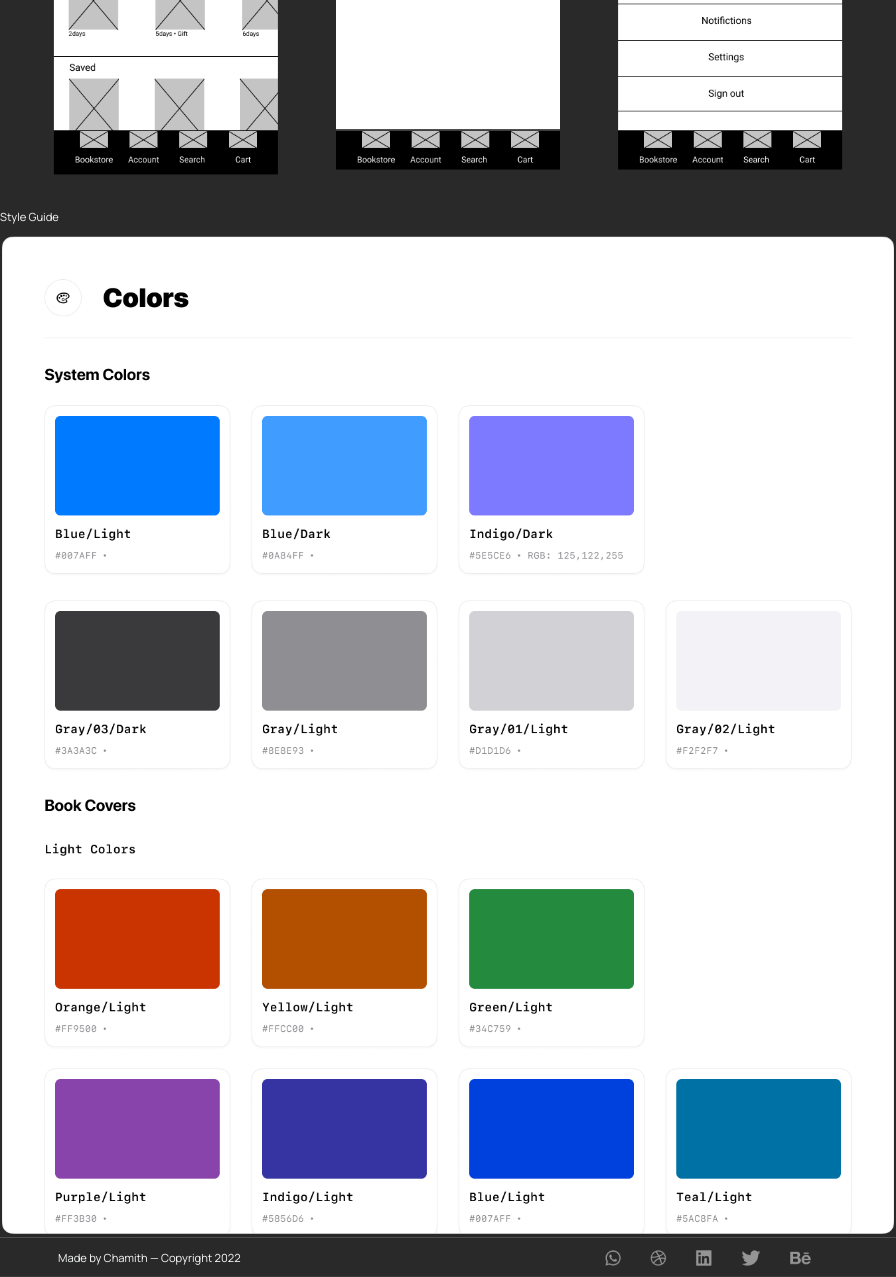
Repository: Realchamithweb/chamith-html
Page: work.html
An editor plug-in stored every save of this project. The page is shown before and after a run of saves, followed by the edit.
The browser window is 1280 px wide. The pictures show the part of the page from y = 2063 to 3983 px (the page is 3887 px tall before and 3983 px after), at 70% of full size.

Above is the page before, as saved 2023-01-24 07:51:00.

### work.html
<!doctype html>
<html lang="en">
  <head>
    <!-- Required meta tags -->
    <meta charset="utf-8">
    <meta name="viewport" content="width=device-width, initial-scale=1">
    <link rel="stylesheet" href="/css/style.css">
    <!-- Bootstrap CSS -->
    <link href="https://cdn.jsdelivr.net/npm/bootstrap@5.0.2/dist/css/bootstrap.min.css" rel="stylesheet" integrity="sha384-EVSTQN3/azprG1Anm3QDgpJLIm9Nao0Yz1ztcQTwFspd3yD65VohhpuuCOmLASjC" crossorigin="anonymous">
    <link rel="stylesheet" href="https://fonts.googleapis.com/css?family=Manrope">
    <title>Hello, world!</title>
  </head>
  <body>
    <div class="main">
            <div class="head">
                <nav class="navbar navbar-expand-lg navbar-light bg-dark">
                    <div class="container-fluid">
                        <div class="col-md-1"></div>
                    <a class="navbar-brand col-md-8 text-light" href="/index.html">Navbar</a>
                    <button class="navbar-toggler" type="button" data-bs-toggle="collapse" data-bs-target="#navbarNavDropdown" aria-controls="navbarNavDropdown" aria-expanded="false" aria-label="Toggle navigation">
                        <span class="navbar-toggler-icon"></span>
                    </button>
                    <div class="collapse navbar-collapse" id="navbarNavDropdown">
                        <ul class="navbar-nav">
                        <li class="nav-item">
                            <a class="nav-link active text-light" aria-current="page" href="/index.html">Home</a>
                        </li>
                        <li class="nav-item">
                            <a class="nav-link text-light" href="/work.html">About More</a>
                        </li>
                        <li class="nav-item">
                            <a class="nav-link text-light" href="/contact.html">Contact</a>
                        </li>
                        </ul>
                    </div>
                    </div>
                </nav>
            </div>
            <section>
                <div class="row">
                    <img src="/inc/work-top.png" class="work-hero">
                </div>
            </section>
            <section>
                <div class="row">
                    <div class="container-fluid text-light ms-5 mt-5">
                        <p>My BOOK</p>
                        <h>Online book store for<br>
                            busy readers </h3>
                    </div>
                </div>
                <div class="row p-5">
                        <div class="col-lg-3 text-light">
                            <p>CLIENT</p>
                            <h4>MyBook</h4>
                        </div>
                        <div class="col-lg-3 text-light">
                            <p>ROLE</p>
                            <h4>Product Designer</h4>
                        </div>
                        <div class="col-lg-3 text-light">
                            <p>INDUSTRY</p>
                            <h4>Retail</h4>
                        </div>
                        <div class="col-lg-3 text-light">
                            <p>DURATION</p>
                            <h4>2 Months</h4>
                        </div>
                </div>
            </section>
            <section>
                <div class="row p-5">
                    <div class="col-lg-12 text-light">
                        <p>Defining the Problem</p>
                        <h3>Readers like workers, students, or educators haven't timed or ability to visit a bookstore with their busy schedules.</h3>
                    </div>
                </div>
            </section>
            <section>
                <div class="row p-5">
                    <div class="col-lg-12 text-light">
                        <p>User research: summary</p>
                        <h3>This is the foundational research. User interview was the research method. User segment is people who buying books online at least once a month and age between 18 to 64. Participants are who lives in metropolitan or suburban areas.</h3>
                    </div>
                </div>
            </section>
            <section>
                <div class="row p-5">
                    <div class="col-lg-12 text-light">
                        <p>Digital wireframes</p>
                        <h3>As initial design phase continued, I made sure to base screen design on the feedback and findings from the user research.</h3>
                    </div>
                </div>
            </section>
            <section>
                <div class="row p-5">
                    <div class="col-lg-4 mx-auto">
                        <img src="/inc/Cart.png" class="img-fluid mx-auto d-block text-center">
                    </div>
                    <div class="col-lg-4 mx-auto">
                        <img src="/inc/Search.png" class="img-fluid mx-auto d-block text-center">
                    </div>
                    <div class="col-lg-4 mx-auto">
                        <img src="/inc/Account.png" class="img-fluid mx-auto d-block text-center">
                    </div>
                </div>
            </section>
            <section>
                <div class="row">
                    <div class="col-lg-12 text-light">
                        <p>Style Guide</p>
                        <img src="/inc/Colors.png" class="img-fluid mx-auto d-block text-center">
                    </div>
                </div>
            </section>
            <section>
              <div class="footer">
                  <div class="container-fluid">
                      <div class="row">
                          <hr class="text-light">
                          <div class="col-lg-4 text-center text-light mb-3">Made by Chamith — Copyright 2022</div>
                          <div class="col-lg-4 mb-3"></div>
                          <div class="col-lg-4 mb-3"><img src="/inc/Icons.png" class="img02"></div>
                      </div>
                  </div>
              </div>
          </section>

  </div>


    <!-- Optional JavaScript; choose one of the two! -->

    <!-- Option 1: Bootstrap Bundle with Popper -->
    <script src="https://cdn.jsdelivr.net/npm/bootstrap@5.0.2/dist/js/bootstrap.bundle.min.js" integrity="sha384-MrcW6ZMFYlzcLA8Nl+NtUVF0sA7MsXsP1UyJoMp4YLEuNSfAP+JcXn/tWtIaxVXM" crossorigin="anonymous"></script>

    <!-- Option 2: Separate Popper and Bootstrap JS -->
    <!--
    <script src="https://cdn.jsdelivr.net/npm/@popperjs/core@2.9.2/dist/umd/popper.min.js" integrity="sha384-IQsoLXl5PILFhosVNubq5LC7Qb9DXgDA9i+tQ8Zj3iwWAwPtgFTxbJ8NT4GN1R8p" crossorigin="anonymous"></script>
    <script src="https://cdn.jsdelivr.net/npm/bootstrap@5.0.2/dist/js/bootstrap.min.js" integrity="sha384-cVKIPhGWiC2Al4u+LWgxfKTRIcfu0JTxR+EQDz/bgldoEyl4H0zUF0QKbrJ0EcQF" crossorigin="anonymous"></script>
    -->
  </body>
</html>

### css/style.css
.main{
    background-color: #292929;
    font-family: 'Manrope', serif;
    overflow-x: hidden;

}
.navbar{
    padding-top: 15px!important;
    padding-bottom: 15px!important;
}
.nav-link{
    font-size: 18px!important;
}
.hero{
    margin-top: 66px;
}

.hero-img{
    margin-top: 3em;
}

.hero-title{
    font-style: normal;
    font-weight: 400;
    font-size: 54px;
    line-height: 64px;
    margin-left: 96px;
}

.hero-text{
    font-style: normal;
    font-weight: 400;
    font-size: 20px;
    line-height: 30px;
    margin-left: 96px;
}

.hero-btn{
    margin-left: 96px;
}

.work-img:hover img{
        opacity: 0.5;
}

.work-img {
    position: relative;
  }

  .bg-color
  .work-img img {
    width: 100%;
    opacity: 1;
    transition: opacity 0.5s;
  }
.work-img .text {
    position: absolute;
    top: 50%;
    left: 50%;
    transform: translate(-50%, -50%);
    text-align: center;
    color: white;
  }

  .work-hero{
    width: 1440px;
    height: 640px;
    left: 0px;
    top: 0px;
  }
/*
.hero-title{
    position: absolute;
    width: 824px;
    height: 192px;
    left: 96px;
    top: 240px;

    font-family: 'Inter';
    font-style: normal;
    font-weight: 400;
    font-size: 54px;
    line-height: 64px;
    color: #000000;
}

.hero-text{
    position: absolute;
    width: 824px;
    height: 90px;
    left: 96px;
    top: 456px;

    font-family: 'Inter';
    font-style: normal;
    font-weight: 400;
    font-size: 20px;
    line-height: 30px;
    /* or 150% */
    /* color: #000000
}

.hero-btn{
    box-sizing: border-box;
    position: absolute;
    width: 341.57px;
    height: 57px;
    left: 96px;
    top: 634px;

    background: #FFFFFF;
    border: 1px solid #000000;
    border-radius: 4px;
}

.f-row{
    display: flex;
    flex-direction: row;
    justify-content: center;
    align-items: center;
    padding: 8px;
    gap: 32px;

    position: absolute;
    height: 48px;
    left: 96px;
    top: 836px;
}

.img00{
    display: flex;
    flex-direction: row;
    justify-content: center;
    align-items: center;
    padding: 8px;
    gap: 32px;

    position: absolute;
    width: 198px;
    height: 48px;
    left: 96px;
    top: 836px;

}

.img01{
    position: absolute;
    width: 612px;
    height: 888px;
    left: 96px;
    top: 964px;
    border-radius: 4px;
}

.img01:hover{
    background: linear-gradient(0deg, rgba(0, 0, 0, 0.6), rgba(0, 0, 0, 0.6)), url("/inc/Bookstore.png"), #292929;
}

.img02{
    position: absolute;
    width: 612px;
    height: 888px;
    left: 732px;
    top: 1102px;

    background: url(3ffea8135910975.Y3JvcCwxMDgwLDg0NCwwLDExNw.png), #292929;
    border-radius: 4px;
}  */

After the next 2 saves:
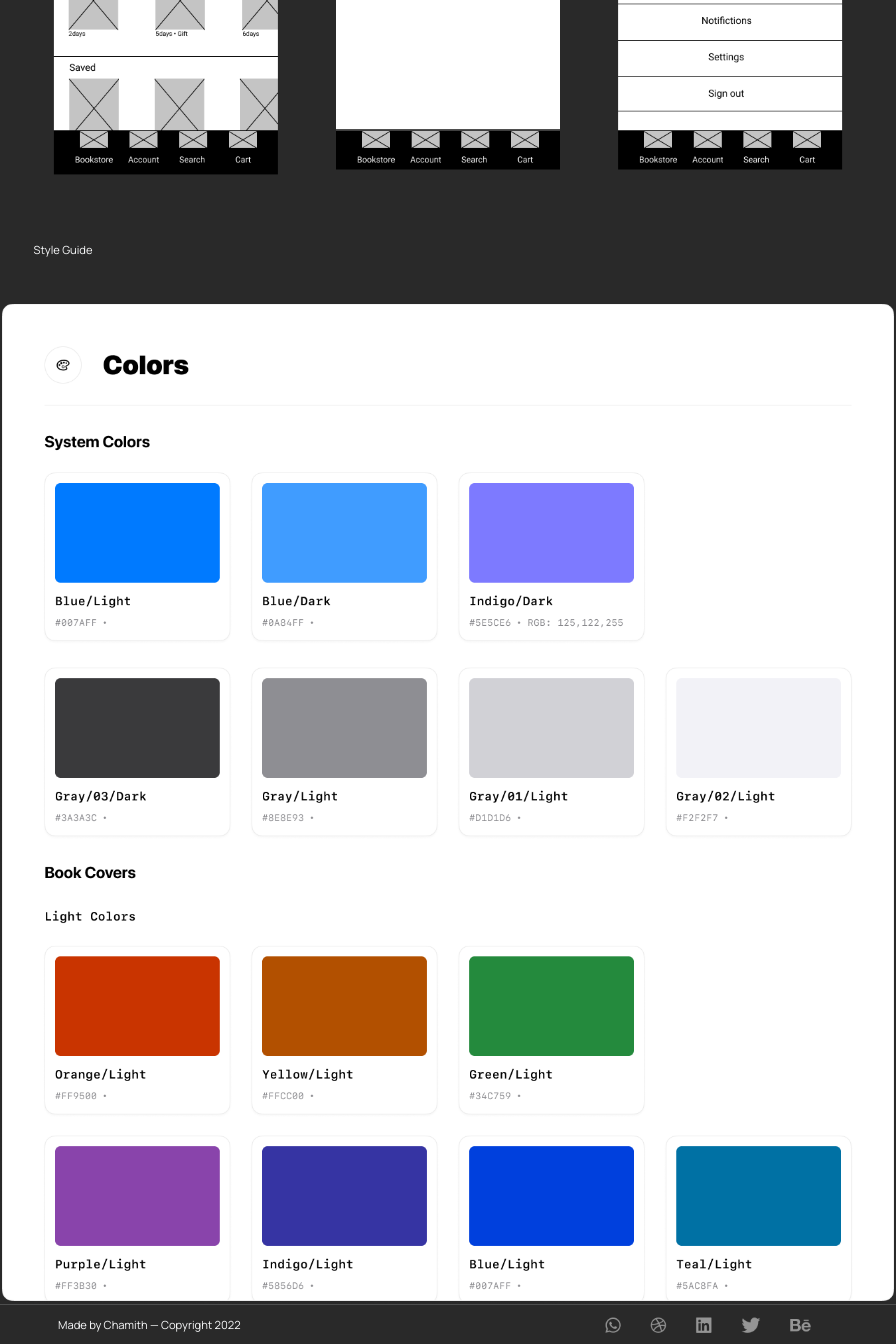
The 2 saves are shown as one change because they came seconds apart.
The last was saved 10 s later.
--- a/work.html
+++ b/work.html
@@ -108,7 +108,7 @@
             <section>
                 <div class="row">
                     <div class="col-lg-12 text-light">
-                        <p>Style Guide</p>
+                        <p class="p-5">Style Guide</p>
                         <img src="/inc/Colors.png" class="img-fluid mx-auto d-block text-center">
                     </div>
                 </div>

After the 2 saves that followed:
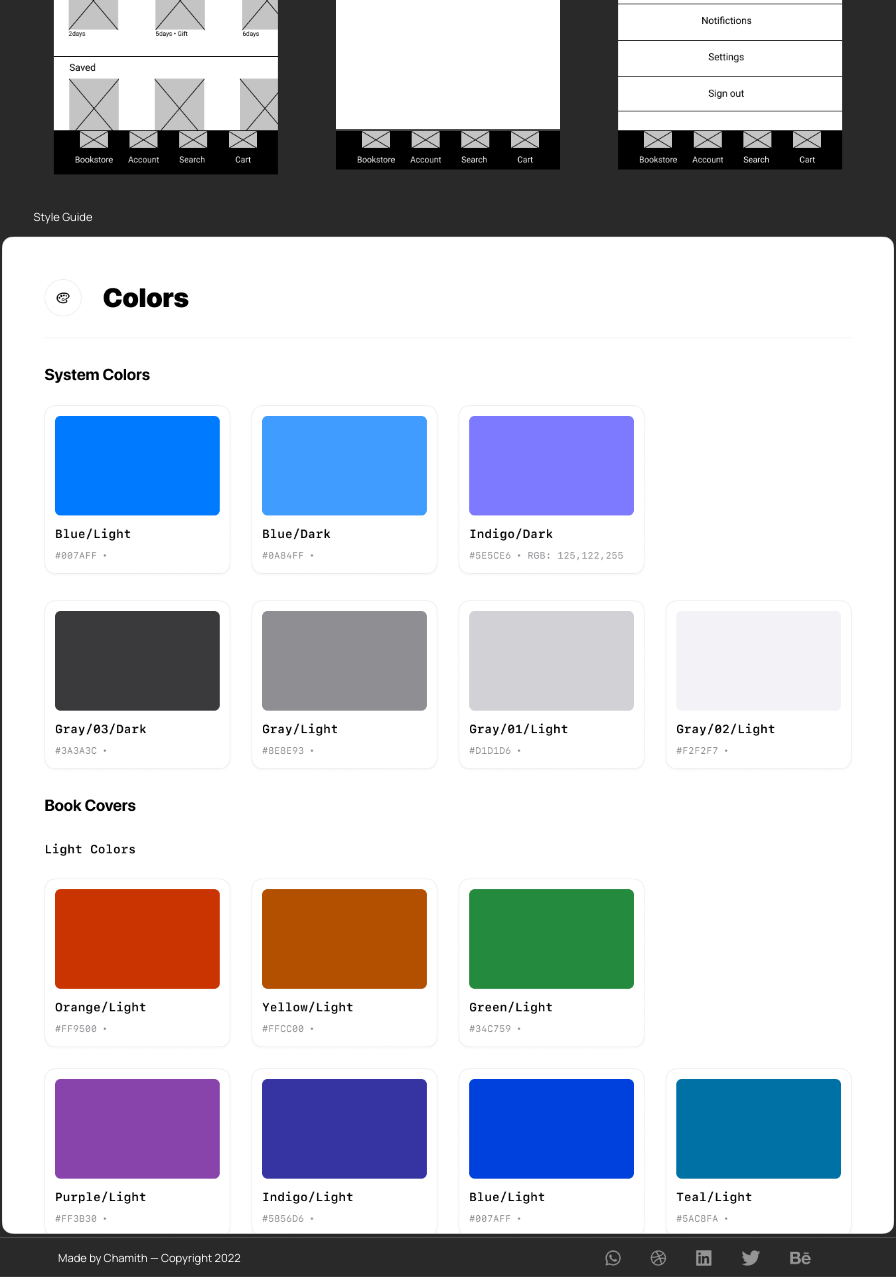
The 2 saves are shown as one change because they came seconds apart.
The last was saved 32 s later.
--- a/work.html
+++ b/work.html
@@ -108,7 +108,7 @@
             <section>
                 <div class="row">
                     <div class="col-lg-12 text-light">
-                        <p class="p-5">Style Guide</p>
+                        <p class="ms-5">Style Guide</p>
                         <img src="/inc/Colors.png" class="img-fluid mx-auto d-block text-center">
                     </div>
                 </div>
